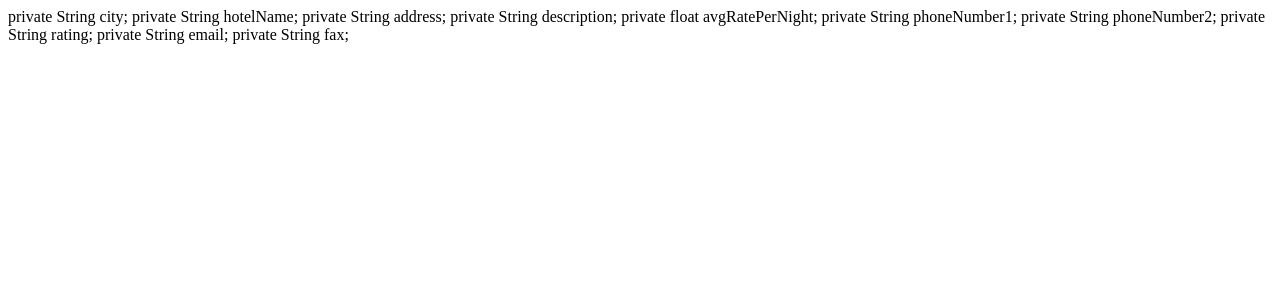
Repository: dishangjain/SpringProject
Page: http://localhost/HotelBookingManagementSystem/JSPs/AddNewHotel.jsp
These files come from the project's save history. The page is drawn as it stood at one moment and after the next save; the edit follows.
The browser window is 1280 px wide. The pictures show the whole page.
The page is served by Tomcat 9. Nobody is signed in. The application's start-up code is not run. The template is opened directly, without the code that normally fills it, so the values that code supplies are empty.

Above is the page before, as saved 2017-10-14 09:24:12.

After the next save:
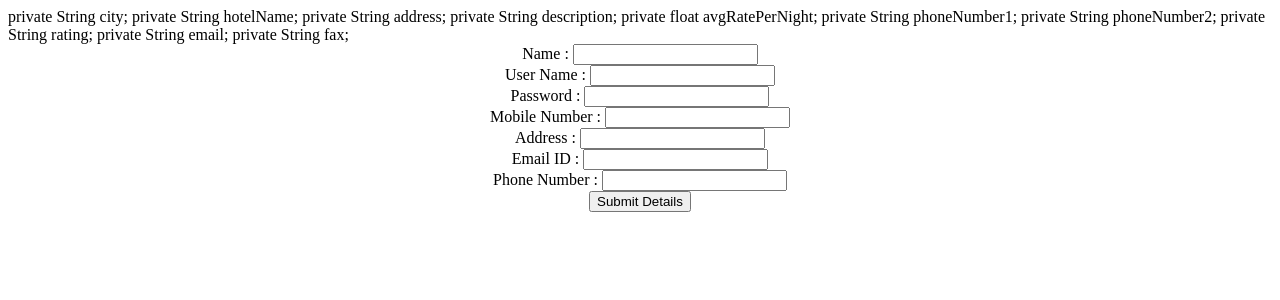
Saved 28 s later.
--- a/HotelBookingManagementSystem/WebContent/JSPs/AddNewHotel.jsp
+++ b/HotelBookingManagementSystem/WebContent/JSPs/AddNewHotel.jsp
@@ -1,5 +1,6 @@
 <%@ page language="java" contentType="text/html; charset=ISO-8859-1"
     pageEncoding="ISO-8859-1"%>
+    <%@ taglib uri="http://www.springframework.org/tags/form" prefix="form"%>
 <!DOCTYPE html PUBLIC "-//W3C//DTD HTML 4.01 Transitional//EN" "http://www.w3.org/TR/html4/loose.dtd">
 <html>
 	<head>
@@ -22,6 +23,35 @@
 
 
 
+		<center>
+			<form:form method="post" modelAttribute="userBean" action="addUser.do">
+
+	  			<label for="name">Name :</label>
+		  		<form:input path="name" id="name" type="text"/><br/>
+
+		  		<label for="userName">User Name :</label>
+		  		<form:input path="userName" id="userName" type="text"/><br/>
+
+		  		<label for="password">Password :</label>
+		  		<form:input path="password" id="password" type="password"/><br/>
+
+		  		<label for="mobileNumber">Mobile Number :</label>
+		  		<form:input path="mobileNumber" id="mobileNumber" type="text"/><br/>
+
+		  		<label for="address">Address :</label>
+		  		<form:input path="address" id="address" type="text"/><br/>
+
+		  		<label for="email">Email ID :</label>
+		  		<form:input path="email" id="email" type="text"/><br/>
+
+		  		<label for="phoneNumber">Phone Number :</label>
+		  		<form:input path="phoneNumber" id="phoneNumber" type="text"/><br/>
+
+		  		<input type="submit" value="Submit Details"/>
+			</form:form>
+		</center>
+
+
 
 	</body>
 </html>
